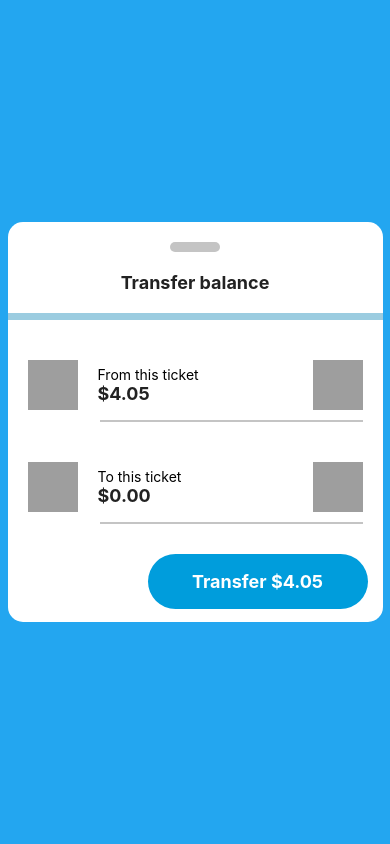
Repository: wilyyy/CompassPlus
Page: /
The author's editor kept a copy of each file at every save. The page is drawn from the files as they stood at one save, then again after the next save.
The browser window is 390 px wide. The pictures show the whole page.
Pictures or frames that could not be fetched are drawn as grey boxes. The app was drawn by React Native's web renderer in a window 390 px wide. The project was rebuilt for these pictures with package versions that can differ from the ones it lists, and the page was loaded fresh each time. Also part of the build but not shown: constants/styles.js, comps/CompassCardParent/cardManager.js, comps/LinkCompassCard/index.js, comps/RideCardCont/index.js, storybook/stories/CenterView/style.js, comps/SignUpTransitCard/index.js.

Above is the page before, as saved 2021-10-30 19:59:19.

After the next save:
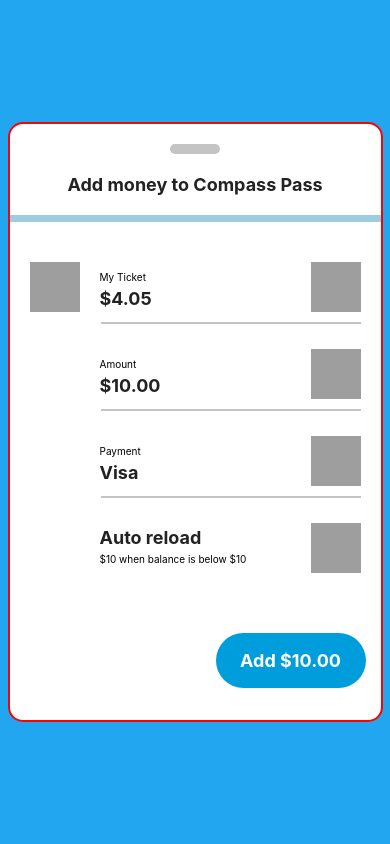
Saved 8 s later.
--- a/App.js
+++ b/App.js
@@ -23,8 +23,8 @@
       <SignUpTransitCard /> */}
 
       {/* <MobileCard /> */}
-      <TransferBalanceTab />
-      {/* <AddFundsTab /> */}
+      {/* <TransferBalanceTab /> */}
+      <AddFundsTab />
       <StatusBar style="auto" />
     </View>
   );
